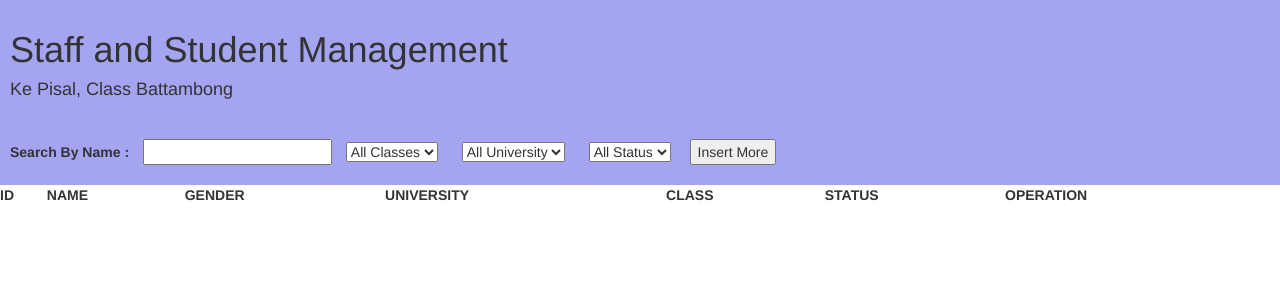
Repository: kepisal/ServletJAVA
Page: http://localhost/AjaxStaffandStudent/
The author's editor kept a copy of each file at every save. The page is drawn from the files as they stood at one save, then again after the next save.
The browser window is 1280 px wide. The pictures show the whole page.
The page is served by Tomcat 9. Other server files are loaded and not shown. Queries for data that is not in the repository find no rows.

Above is the page before, as saved 2015-07-10 13:39:02.

### AjaxStaffandStudent/WebContent/index.jsp
<%@ page language="java" contentType="text/html; charset=ISO-8859-1"
	pageEncoding="ISO-8859-1"%>
<!DOCTYPE html>
<html>
<head>
<meta http-equiv="Content-Type" content="text/html; charset=ISO-8859-1">
<title>Staff and Student Management</title>
<link rel="stylesheet" type="text/css"
	href="bootstrap/css/bootstrap.css">
<!-- <link rel="stylesheet" type="text/css" href="css/style.css"> -->

<!-- <script
	src="http://ajax.googleapis.com/ajax/libs/jquery/1.11.3/jquery.min.js"></script> -->
<script type="text/javascript" src="js/jquery-min.js"></script>
<script type="text/javascript" src="bootstrap/js/bootstrap.js"></script>
<script type="text/javascript" src="bootstrap/js/bootstrap.min.js"></script>
<style type="text/css">
.maincontent {
	background-color: #A4A4F0;
}

#title {
	padding: 10px;
	width: 100%;
}

option {
	height: 23px;
}

table, th, td, {
	border: 1px solid black;
	border-collapse: collapse;
	text-align: center;
}

img {
	width: 20px;
}
#classlist, #universitylist, #txtinput, #statuslist {
	display: inline-block;
	margin: 10px;
}

button {
	margin: 5px;
}
form{float:left;}
</style>
</head>
<body>
	<div class="maincontent sscol-sm-12">
		<div id="sheader">
			<div id="title">
				<h1>Staff and Student Management</h1>
				<h4>Ke Pisal, Class Battambong</h4>
			</div>
			<div id="classlist">
				<label>Search By Name : </label> <input type=text id=txtinput /> <select
					id=classselected onclick="searchClass()">

				</select>
			</div>
			<div id="universitylist">
				<select id=unvselected onclick="searchUniversity()">

				</select>
			</div>
			<div id="statuslist">
				<select id=statusselected onclick="searchStatus()">
					<option value=''>All Status</option>
					<option value=1>Active</option>
					<option value=0>Deactive</option>
				</select>
			</div>
			<button id="btnadd btn btn-success" onclick="add()">Insert
				More</button>
		</div>
		<div id="sbody">
			<table class="mytb col-sm-12">
				<thead>
					<tr>
						<th>ID</th>
						<th>NAME</th>
						<th>GENDER</th>
						<th>UNIVERSITY</th>
						<th>CLASS</th>
						<th>STATUS</th>
						<th>OPERATION</th>
					</tr>
				</thead>
				<tbody id="tblist">
				</tbody>
			</table>
		</div>
		<div class="col-sm-3"></div>
	</div>
	<script type="text/javascript" src="js/script.js"></script>
</body>
</html>

### AjaxStaffandStudent/WebContent/js/script.js
$(document).ready(function() {
	lists(); // list all objects in table
	droplist(); // list all objects in dropdownlist(class, university)
	$("#txtinput").keyup(function() {
		searchName($("#txtinput").val()); // action keyup on textbox
	});
});
/*
 * @param : data is JSon generate <option> value </option> for dropdownlist
 * class
 */
function classlist(data) {
	var str = "";
	str += "<option value=''>All Classes</option>;";
	for (var i = 0; i < data.length; i++) {
		str += "<option value=" + data[i].classes + ">" + data[i].classes;
	}
	str += "</option>";
	return str;
}
/*
 * @param : data is JSon generate <option> value </option> for dropdownlist
 * university
 */
function unvlist(data) {
	var str = "";
	str += "<option value=''>All University</option>;";
	for (var i = 0; i < data.length; i++) {
		str += "<option value=" + data[i].unversity + ">" + data[i].unversity;
	}
	str += "</optiont>";
	return str;
}

/*
 * get data from url and put into function with param
 */
function droplist() {
	$.post("classlist.hrd", function(data) {
		$("#classselected").html(classlist(data));
	});
	$.post("universitylist.hrd", function(data) {
		$("#unvselected").html(unvlist(data));
	});
}
/*
 * generate rows inside table list
 */
function lists() {
	$.post("listobject.hrd", function(data) {
		$("#tblist").html(listobjectdetails(data));
	});

}
/*
 * create tag <tr><td> value </td></tr> follow data
 */
function listobjectdetails(data) {
	var str = "";
	for (var i = 0; i < data.length; i++) {

		str += "<tr>"
				+ "<td id=studid"
				+ i
				+ ">"
				+ data[i].stuid
				+ "</td>"
				+ "<td>"
				+ data[i].stuname
				+ "</td>"
				+ "<td>"
				+ checkGender(data[i].gender)
				+ "</td>"
				+ "<td>"
				+ data[i].unversity
				+ "</td>"
				+ "<td>"
				+ data[i].classes
				+ "</td>"
				+ "<td>"
				+ checkStatus(data[i].status, i)
				+ "</td>"
				+ "<td><button class=btnEdit onclick=editFun()>Edit</button><button class=btnRemove onclick=removeFun()>Remove</button><button  class=btnView onclick=viewFun()'>View</button></td>"
				+ "</tr>";
	}

	str += "</table>";

	return str;
}
/*
 * create form for edit and insertion
 */
function myform() {
	var str = "";
}

/*
 * change value 0,1 to male and female
 */
function checkGender(data) {
	var gender;
	if (data == 0) {
		gender = "Male";
	} else {
		gender = "Female";
	}
	return gender;
}
/*
 * change value 0,1 to image 0.png and 1.png
 */
function checkStatus(data, i) {
	var img;
	if (data == 0) {
		img = "<a href=#><img src=img/0.png id=mydata" + i
				+ " onclick=updateStatus(" + i + "," + data + ")></a>";
	} else {
		img = "<a href=#><img src=img/1.png id=mydata" + i
				+ " onclick=updateStatus(" + i + "," + data + ")></a>";
	}
	return img;
}
/*
 * @param : id, value id -> id of each students value -> value of status update
 * status
 */
function updateStatus(id, value) {
	var stuid = $("#studid" + id).text();
	var active;
	if (value == 0) {
		active = 1;
	} else {
		active = 0;
	}
	$.post("editobject.hrd", {
		stu_id : stuid,
		stu_status : active
	}, function(data) {
		lists();
	});
}
/*
 * search by name()
 */
function searchName() {
	var stuname = $('#txtinput').val();
	var stuclass = $('#classselected option:selected').val();
	var stuuniver = $('#unvselected option:selected').val();
	var stustatus = $('#statusselected option:selected').val();
	if (stuname == '') {
		lists();
	}
	$.post("searchobject.hrd", {
		stu_name : stuname,
		stu_class : stuclass,
		stu_university : stuuniver,
		stu_status : stustatus
	}, function(data) {
		$("#tblist").html(listobjectdetails(data));
	});
}
/*
 * search by class()
 */
function searchClass() {
	var stuname = $('#txtinput').val();
	var stuclass = $('#classselected option:selected').val();
	var stuuniver = $('#unvselected option:selected').val();
	var stustatus = $('#statusselected option:selected').val();
	$.post("searchobject.hrd", {
		stu_name : stuname,
		stu_class : stuclass,
		stu_university : stuuniver,
		stu_status : stustatus
	}, function(data) {
		$("#tblist").html(listobjectdetails(data));
	});
}
/*
 * search by university()
 */
function searchUniversity() {
	var stuname = $('#txtinput').val();
	var stuclass = $('#classselected option:selected').val();
	var stuuniver = $('#unvselected option:selected').val();
	var stustatus = $('#statusselected option:selected').val();
	$.post("searchobject.hrd", {
		stu_name : stuname,
		stu_class : stuclass,
		stu_university : stuuniver,
		stu_status : stustatus
	}, function(data) {
		$("#tblist").html(listobjectdetails(data));
	});
}
/*
 * search by status()
 */
function searchStatus() {
	var stuname = $('#txtinput').val();
	var stuclass = $('#classselected option:selected').val();
	var stuuniver = $('#unvselected option:selected').val();
	var stustatus = $('#statusselected option:selected').val();
	$.post("searchobject.hrd", {
		stu_name : stuname,
		stu_class : stuclass,
		stu_university : stuuniver,
		stu_status : stustatus
	}, function(data) {
		$("#tblist").html(listobjectdetails(data));
	});
}
/*
 * Add Function
 * */
function add(){
	$("#sbody").load("pages/addForm.html"); // load file from article
}

### AjaxStaffandStudent/src/Controller/Front_Controller.java
package Controller;
import java.io.IOException;

import javax.servlet.RequestDispatcher;
import javax.servlet.ServletException;
import javax.servlet.annotation.WebServlet;
import javax.servlet.http.HttpServlet;
import javax.servlet.http.HttpServletRequest;
import javax.servlet.http.HttpServletResponse;

import Model.ObjectDAO;

@WebServlet("*.hrd")
public class Front_Controller extends HttpServlet {
	private static final long serialVersionUID = 1L;

	public Front_Controller() {
		super();
	}

	protected void doGet(HttpServletRequest request, HttpServletResponse response) throws ServletException, IOException {
		doProcess(request, response);
	}

	protected void doPost(HttpServletRequest request, HttpServletResponse response) throws ServletException, IOException {
		doProcess(request, response);
	}

	protected void doProcess(HttpServletRequest request, HttpServletResponse response) throws ServletException, IOException {
		String RequestURI = request.getRequestURI();

		System.out.println(RequestURI);
		String contextPath = request.getContextPath();
		System.out.println(contextPath);
		String command = RequestURI.substring(contextPath.length());
		ActionForward forward = null;
		Action action = null;

		System.out.println(command);

		switch(command){
			case "/listobject.hrd":
				action = new ListObject();
				try {
					forward = action.execute(request, response);
					System.out.println(forward);
				} catch (Exception e) {
					e.printStackTrace();
				}
				break;
			case "/classlist.hrd":
				action = new classList();
				try {
					forward = action.execute(request, response);
					System.out.println(forward);
				} catch (Exception e) {
					e.printStackTrace();
				}
				break;
			case "/universitylist.hrd":
				action = new universityList();
				try {
					forward = action.execute(request, response);
					System.out.println(forward);
				} catch (Exception e) {
					e.printStackTrace();
				}
				break;
			case "/editobject.hrd":
				action = new EditObject();
				try {
					forward = action.execute(request, response);
				} catch (Exception e) {
					e.printStackTrace();
				}
				break;
			case "/searchobject.hrd":
				action = new Search();
				try {
					forward = action.execute(request, response);
				} catch (Exception e) {
					e.printStackTrace();
				}
				break;
			default :
				forward = new ActionForward();
				forward.setPath("404.jsp");
				forward.setRedirect(false);
				break;


		}

		if (forward != null) {
			if (forward.isRedirect()) {
				response.sendRedirect(forward.getPath());
			} else {
				RequestDispatcher dispatcher = request
						.getRequestDispatcher(forward.getPath());
				dispatcher.forward(request, response);
			}

		}

	}
}

### AjaxStaffandStudent/src/Controller/ListObject.java
package Controller;

import java.util.ArrayList;

import javax.servlet.http.HttpServletRequest;
import javax.servlet.http.HttpServletResponse;

import com.google.gson.Gson;

import Controller.Action;
import Controller.ActionForward;
import Model.ObjectDAO;
import Model.ObjectDTO;

public class ListObject implements Action {

	@Override
	public ActionForward execute(HttpServletRequest request,
			HttpServletResponse response) throws Exception {

		ObjectDAO dao = new ObjectDAO();
		ArrayList<ObjectDTO> objectlist = dao.list();

		response.setContentType("application/json");
		response.setCharacterEncoding("UTF-8");
		String obj= new Gson().toJson(objectlist);

		response.getWriter().write(obj);


		return null;
	}

}

### AjaxStaffandStudent/src/Model/ObjectDAO.java
package Model;

import java.beans.Statement;
import java.sql.Connection;
import java.sql.DriverManager;
import java.sql.PreparedStatement;
import java.sql.ResultSet;
import java.sql.SQLException;
import java.util.ArrayList;
import java.sql.*;

import javax.naming.InitialContext;
import javax.sql.DataSource;

public class ObjectDAO {
	static Connection cn;

	/*
	 * list all of elements in database return Arraylist objects
	 */
	public ArrayList<ObjectDTO> list() throws SQLException,
			ClassNotFoundException {

		String sql = "select * from hrd_students";
		java.sql.Statement stm = cn.createStatement();
		ResultSet rs = stm.executeQuery(sql);
		ArrayList<ObjectDTO> objectdto = new ArrayList<ObjectDTO>();
		try {
			while (rs.next()) {
				objectdto.add(new ObjectDTO(rs.getString("stu_id"), rs
						.getString("stu_name"), rs.getInt("stu_gender"), rs
						.getString("stu_university"),
						rs.getString("stu_class"), rs.getInt("stu_status")));
			}

		} catch (Exception e) {
			e.printStackTrace();
		}
		return objectdto;
	}

	/*
	 * @param : id and status function update status 0 to 1 and 1 to 0 follow id
	 * return true/false for success or faild
	 */
	public boolean update(String id, int status) throws SQLException {
		try (PreparedStatement pstm = cn
				.prepareStatement("update hrd_students set stu_status=? where stu_id=?");) {

			pstm.setString(1, String.valueOf(status));
			pstm.setString(2, id);
			return pstm.execute();
		} catch (Exception e) {
			e.printStackTrace();
		}
		return false;
	}

	/*
	 * distinct the class value return Arraylist objects (0,1)
	 */
	public ArrayList<ObjectDTO> classList() throws SQLException {
		String sql = "SELECT distinct stu_class FROM hrd_students";
		java.sql.Statement stm = cn.createStatement();
		ResultSet rs = stm.executeQuery(sql);
		ArrayList<ObjectDTO> objectdto = new ArrayList<ObjectDTO>();
		try {
			while (rs.next()) {
				objectdto.add(new ObjectDTO("", "", 0, "", rs
						.getString("stu_class"), 0));
			}
		} catch (Exception e) {
			e.printStackTrace();
		}
		return objectdto;
	}

	/*
	 * distinct the university value return Arraylist objects (0,1)
	 */
	public ArrayList<ObjectDTO> universityList() throws SQLException {
		String sql = "select distinct stu_university from hrd_students";
		java.sql.Statement stm = cn.createStatement();
		ResultSet rs = stm.executeQuery(sql);
		ArrayList<ObjectDTO> objectdto = new ArrayList<ObjectDTO>();
		try {
			while (rs.next()) {
				objectdto.add(new ObjectDTO("", "", 0, rs
						.getString("stu_university"), "", 0));
			}
		} catch (Exception e) {
			e.printStackTrace();
		}
		return objectdto;
	}

	/*
	 * Search all of content by name, class, university and status return as
	 * ArrayList objects
	 */
	public ArrayList<ObjectDTO> search(String name, String classes,
			String university, String status) throws SQLException {
		PreparedStatement ps = cn
				.prepareStatement("select * from hrd_students where stu_university LIKE ? and stu_class LIKE ? and stu_status LIKE ? and stu_name like ?");
		ps.setString(1, university + "%");
		ps.setString(2, classes + "%");
		ps.setString(3, status + "%");
		ps.setString(4, "%" + name + "%");
		ResultSet rs = ps.executeQuery();
		ArrayList<ObjectDTO> alist = new ArrayList<ObjectDTO>();
		while (rs.next()) {
			alist.add(new ObjectDTO(rs.getString("stu_id"), rs
					.getString("stu_name"), rs.getInt("stu_gender"), rs
					.getString("stu_university"), rs.getString("stu_class"), rs
					.getInt("stu_status")));
		}
		return alist;
	}

	/********************** Here is Connection Database *********************************/
	static {
		try {
			Class.forName("com.mysql.jdbc.Driver");
			cn = DriverManager.getConnection(
					"jdbc:mysql://localhost:3306/ssdbmanage", "admin", "admin");
		} catch (Exception e) {
			// TODO Auto-generated catch block
			e.printStackTrace();
		}
	}
	/********************** Here is Connection Database *********************************/
}

### AjaxStaffandStudent/src/Controller/classList.java
package Controller;

import java.util.ArrayList;

import javax.servlet.http.HttpServletRequest;
import javax.servlet.http.HttpServletResponse;

import Model.ObjectDAO;
import Model.ObjectDTO;

import com.google.gson.Gson;

public class classList implements Action {

	public ActionForward execute(HttpServletRequest request,
			HttpServletResponse response) throws Exception {

		ObjectDAO dao = new ObjectDAO();
		ArrayList<ObjectDTO> objectlist = dao.classList();

		response.setContentType("application/json");
		response.setCharacterEncoding("UTF-8");
		String obj= new Gson().toJson(objectlist);

		response.getWriter().write(obj);
		return null;
	}

}

### AjaxStaffandStudent/src/Controller/universityList.java
package Controller;

import java.util.ArrayList;

import javax.servlet.http.HttpServletRequest;
import javax.servlet.http.HttpServletResponse;

import Model.ObjectDAO;
import Model.ObjectDTO;

import com.google.gson.Gson;

public class universityList implements Action {
	public ActionForward execute(HttpServletRequest request,
			HttpServletResponse response) throws Exception {

		ObjectDAO dao = new ObjectDAO();
		ArrayList<ObjectDTO> objectlist = dao.universityList();

		response.setContentType("application/json");
		response.setCharacterEncoding("UTF-8");
		String obj= new Gson().toJson(objectlist);

		response.getWriter().write(obj);
		return null;
	}
}

Loaded but not shown: AjaxStaffandStudent/WebContent/bootstrap/css/bootstrap.css (library); AjaxStaffandStudent/WebContent/js/jquery-min.js (library); AjaxStaffandStudent/WebContent/bootstrap/js/bootstrap.js (library); AjaxStaffandStudent/WebContent/bootstrap/js/bootstrap.min.js (library)

After the next save:
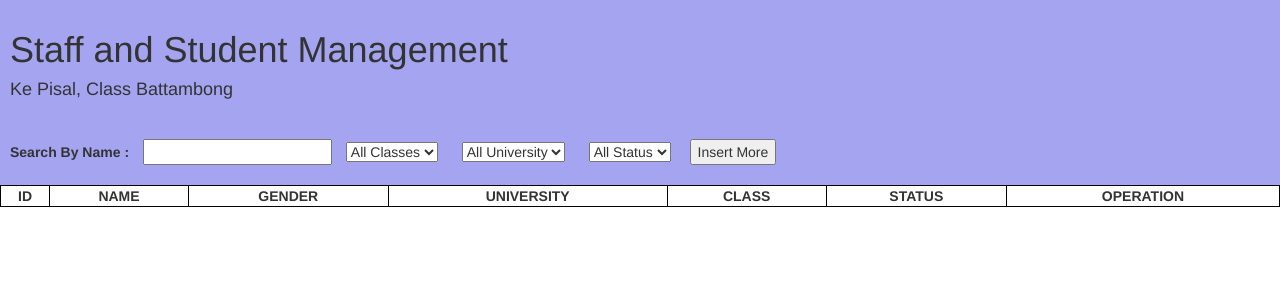
Saved 13 s later.
--- a/AjaxStaffandStudent/WebContent/index.jsp
+++ b/AjaxStaffandStudent/WebContent/index.jsp
@@ -28,7 +28,7 @@ option {
 	height: 23px;
 }
 
-table, th, td, {
+table, th, td {
 	border: 1px solid black;
 	border-collapse: collapse;
 	text-align: center;
